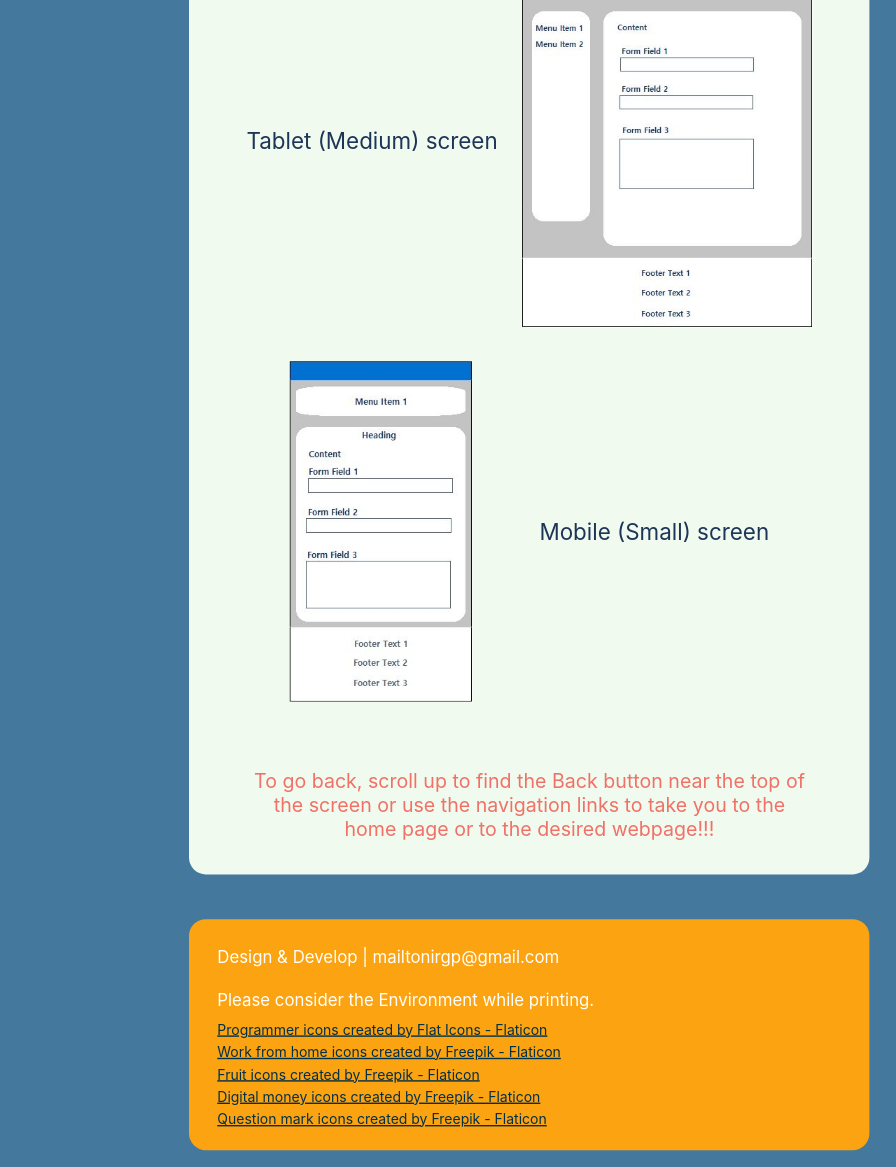
Repository: niranjangp/portfolioReact
Page: /cs-one
An editor plug-in stored every save of this project. The page is shown before and after the next save, followed by the edit.
The browser window is 1280 px wide. The pictures show the part of the page from y = 1733 to 3653 px (the page is 3400 px tall before and 3653 px after), at 70% of full size.
The project was rebuilt for these pictures with package versions that can differ from the ones it lists, and the page was loaded fresh each time. Also part of the build but not shown: src/pages/enterDesign.jsx, src/pages/csTwo.jsx, src/pages/csThree.jsx, src/pages/csFour.jsx, src/pages/notFound.jsx.

Above is the page before, as saved 2022-02-02 02:31:19.

### public/index.html
<!DOCTYPE html>
<html lang="en">
  <head>
    <meta charset="utf-8" />
    <!--<link rel="icon" href="%PUBLIC_URL%/favicon.ico" />-->
    <meta name="viewport" content="width=device-width, initial-scale=1" />
    <meta name="theme-color" content="#000000" />
    <meta
      name="description"
      content="Web site created using create-react-app"
    />
    <!--<link rel="apple-touch-icon" href="%PUBLIC_URL%/logo192.png" />-->
    <!--
      manifest.json provides metadata used when your web app is installed on a
      user's mobile device or desktop. See https://developers.google.com/web/fundamentals/web-app-manifest/
    -->
    <link rel="manifest" href="%PUBLIC_URL%/manifest.json" />
    <!--
      Notice the use of %PUBLIC_URL% in the tags above.
      It will be replaced with the URL of the `public` folder during the build.
      Only files inside the `public` folder can be referenced from the HTML.

      Unlike "/favicon.ico" or "favicon.ico", "%PUBLIC_URL%/favicon.ico" will
      work correctly both with client-side routing and a non-root public URL.
      Learn how to configure a non-root public URL by running `npm run build`.
    -->
    <title>Portfolio</title>
  </head>
  <body>
    <noscript>You need to enable JavaScript to run this app.</noscript>
    <div id="root"></div>
    <!--
      This HTML file is a template.
      If you open it directly in the browser, you will see an empty page.

      You can add webfonts, meta tags, or analytics to this file.
      The build step will place the bundled scripts into the <body> tag.

      To begin the development, run `npm start` or `yarn start`.
      To create a production bundle, use `npm run build` or `yarn build`.
    -->
  </body>
</html>

### src/index.css
body {
  margin: 0;
  font-family: -apple-system, BlinkMacSystemFont, 'Segoe UI', 'Roboto', 'Oxygen',
    'Ubuntu', 'Cantarell', 'Fira Sans', 'Droid Sans', 'Helvetica Neue',
    sans-serif;
  -webkit-font-smoothing: antialiased;
  -moz-osx-font-smoothing: grayscale;
  box-sizing: border-box;
}

code {
  font-family: source-code-pro, Menlo, Monaco, Consolas, 'Courier New',
    monospace;
}

p {
  margin: 0;
}

### src/App.js
import './App.css';

import { Route, NavLink, Switch, Redirect } from 'react-router-dom';
import EnterTheDesign from './pages/enterDesign';
import CSOne from './pages/csOne';
import CSTwo from './pages/csTwo';
import CSThree from './pages/csThree';
import CSFour from './pages/csFour';
import NotFound from './pages/notFound';

function App() {
  const flatIconLink = "https://www.flaticon.com/free-icons/programmer";
  const wfhIconLink = "https://www.flaticon.com/free-icons/work-from-home";
  const fruitLink ="https://www.flaticon.com/free-icons/fruit";
  const moneyLink = "https://www.flaticon.com/free-icons/digital-money";
  const quoteLink = "https://www.flaticon.com/free-icons/question-mark";



  return (
    <div className='App'>
      <div className="containerOne">
        <nav className='navigation'>
          <div className='navDiv'>
            <NavLink activeClassName="nav-link active" className="nav-link" to="/enter-the-design">Take me Home!</NavLink>
          </div>
          <div className='navDiv'>
            <NavLink activeClassName="nav-link active" className="nav-link" to="/cs-one">Case Study Numero Uno</NavLink>
          </div>
          <div className='navDiv'>
            <NavLink activeClassName="nav-link active" className="nav-link" to="/cs-two">Case t'w'o Study</NavLink>
          </div>
          <div className='navDiv'>
            <NavLink activeClassName="nav-link active" className="nav-link" to="/cs-three">Case Study the 3rd</NavLink>
          </div>
          <div className='navDiv'>
            <NavLink activeClassName="nav-link active" className="nav-link" to="/cs-four">Case Study IV</NavLink>
          </div>
        </nav>
        <main className='mainOne'>
          <Switch>
            <Route exact path="/" ><Redirect to="/enter-the-design" /></Route>
            <Route path="/enter-the-design" ><EnterTheDesign /></Route>
            <Route exact path="/cs-one" ><CSOne /></Route>
            <Route exact path="/cs-two" ><CSTwo /></Route>
            <Route exact path="/cs-three"><CSThree /></Route>
            <Route exact path="/cs-four"><CSFour /></Route>

            <Route path="*"><NotFound /></Route>
          </Switch>

        </main>
        <footer>
          <div className='footer-info'>
            {/*<p>Niranjan G P</p>*/}
            <p>Design & Develop    |   mailtonirgp@gmail.com</p>
            <p>Please consider the Environment while printing.</p>
          </div>
          <div className='credits'>
            <a href={flatIconLink} title="programmer icons">Programmer icons created by Flat Icons - Flaticon</a>
            <a href={wfhIconLink} title="work from home icons">Work from home icons created by Freepik - Flaticon</a>
            <a href={fruitLink} title="fruit icons">Fruit icons created by Freepik - Flaticon</a>
            <a href={moneyLink} title="digital money icons">Digital money icons created by Freepik - Flaticon</a>
            <a href={quoteLink} title="question mark icons">Question mark icons created by Freepik - Flaticon</a>
          </div>
        </footer>
      </div>

    </div>
  );
}

export default App;

### src/App.css
.containerOne {
  background-color: #45789d;
  padding: 24px;
  position: relative;
}

.mainOne {
  width: 75%;
  margin-left: 20%;
  background-color: #F1FAEE;
  height: 100%;
  border-radius: 1.5rem;
  padding: 24px;
}

.navigation {
  position: absolute;
  top: 24px;
  left: 24px;
  width: 15%;
  height: 1200px;
  background-color: #F1FAEE;
  border-radius: 1.5rem;
  padding: 64px 24px 24px;
}

.navDiv {
  padding: 16px 0;
  text-align: center;
}

.nav-link {
  font-size: 24px;
  text-decoration: none;
  color: #1d3557;
}

.nav-link.active {
  color: #2a9d8f;
  font-weight: bold;
  border-bottom: 4px solid #2a9d8f;
}

.fr-info {
  font-size: 3rem;
  font-family: 'Gill Sans', 'Gill Sans MT', Calibri, 'Trebuchet MS', sans-serif;
  padding: 24px 24px 24px 48px;
  color: #1d3557;
}

.firstRow {
  display: flex;
  align-items: center;
  padding: 64px 0;
}

.width-60 {
  width: 60%;
}

.width-40 {
  width: 40%;
}

.fullWidth {
  width: 100%;
}

.img-block {
  text-align: center;
}

.sec-row {
  background-color: #1d3557;
  color: #f1faee;
  border-radius: 0.75rem;
  padding: 64px;
  font-family: 'Lucida Sans', 'Lucida Sans Regular', 'Lucida Grande', 'Lucida Sans Unicode', Geneva, Verdana, sans-serif;
  font-size: 28px;
  text-align: justify;
}

.sec-row p {
  padding: 16px;
}

.centered {
  margin: 3rem auto;
  text-align: center;
  display: flex;
  justify-content: center;
  align-items: center;
}

.linkSel {
  text-decoration: underline;
  font-weight: bold;
}

.third-row {
  display: flex;
  flex-wrap: wrap;
  padding: 96px 24px 0;
}

.card-box {
  width: 50%;
  text-align: center;
  height: 600px;
}

.card {
  width: 400px;
  height: 450px;
  background-color: #ffddd2;
  border-radius: 20px;
  box-shadow: 4px 4px 4px 4px rgba(0, 0, 0, 0.2);
  margin: 3rem auto;
  flex-grow: 1;
  flex-shrink: 1;
  transition: width 500ms ease 0s;
}

.card:hover {
  box-shadow: 4px 4px 4px 8px rgba(0, 0, 0, 0.2);
  width: 420px;
  height: 470px;
  cursor: pointer;
}

.card a {
  text-decoration: none;
}

.card p {
  font-size: 32px;
  padding: 24px;
  color: #1d3557;
  font-family: Verdana, Geneva, Tahoma, sans-serif;
}

.card-icon {
  width: 256px;
  margin-top: 40px;
}

.intro-cs {
  text-align: center;
  font-size: 40px;
  color: #1d3557;
  margin-bottom: 64px;
  font-family: 'Trebuchet MS', 'Lucida Sans Unicode', 'Lucida Grande', 'Lucida Sans', Arial, sans-serif;
}

footer {
  width: 75%;
  margin-left: 20%;
  background-color: #fca311;
  height: 100%;
  border-radius: 1.5rem;
  padding: 24px;
  margin-top: 64px;
  color: #fff;
}

.footer-info {
  font-size: 1.5rem;
}

.footer-info p {
  padding: 1rem;
}

.credits {
  padding-left: 16px;
}

.credits a {
  /*text-decoration: none;*/
  display: block;
  padding-bottom: 8px;
  font-size: 20px;
  color: #023047;
}

.csOne {
  min-height: 660px;
  height: 100%;
  color: #1d3557;
}

.backLink {
  font-size: 28px;
  font-weight: bold;
  padding: 16px 16px 16px 24px;
}

.backLink a {
  text-decoration: none;
  color: #1d3557;

}

.csOneHeader, .csTwoHeader, .cs3Header, .cs4Header {
  font-size: 40px;
  padding: 16px 16px 32px 24px;
}

.csOneBody {
  padding: 0 24px;
}

.csOneH {
  font-size: 32px;
  padding-bottom: 8px;
  border-bottom: 2px solid #1d3557;
  margin-bottom: 16px;
  display: inline-block;
}

.csOneC {
  font-size: 28px;
}

.pd-bt {
  padding-bottom: 48px;
}

.pd-bt-small {
  padding-bottom: 24px;
}

.clrp {
  width: 100px;
  height: 40px;
  border-top-right-radius: 20px;
  border-bottom-right-radius: 20px;
  margin-right: 24px;
}

.fir {
  background-color: #0070D2;
}

.sec {
  background-color: #16325C;
}

.thi {
  background-color: #526173;
}

.fou {
  font-family: sans-serif;
  padding-right: 24px;
}

.dp-flx {
  display: flex;
  margin: 16px 40px;
  align-items: center;
}

.flx-bx {
  display: flex;
  align-items: center;
  justify-content: space-evenly;
  margin-bottom: 48px;
}

.flx-bx div {
  font-size: 32px;
}

.mrDesk {
  width: 800px;
}

.last-text {
  font-size: 28px;
  color: #f07167;
  margin: 0 64px 24px;
  text-align: center;
}

.csTwo {
  font-family: 'Franklin Gothic Medium', 'Arial Narrow', Arial, sans-serif;
}

.csTwoHeader {
  color: #e76f51;
}

.csTwoPara {
  color: #0081a7;
  font-size: 28px;
  padding-bottom: 8px;
}

.padd-div {
  padding: 16px 24px 56px;
}

.csTwoRowTwo {
  color: #c81d25;
  font-size: 32px;
  padding-bottom: 16px;
  border-bottom: 2px solid #c81d25;
  margin-bottom: 48px;
}

.textCen {
  text-align: center;
}

.screenName {
  font-size: 24px;
  width: 80%;
  margin: 0 auto;
  margin-bottom: 0px;
  background-color: #284b63;
  color: #fff;
  border-top-left-radius: 12px;
  border-top-right-radius: 12px;
  padding: 8px 0;
}

.scrIcon {
  width: 80%;
  margin: 8px 0 64px;
}

.cs3 {
  font-family: 'Lucida Sans', 'Lucida Sans Regular', 'Lucida Grande', 'Lucida Sans Unicode', Geneva, Verdana, sans-serif;
}

.cs3Header {
  color: #006d77;
  border-bottom: 2px solid #006d77;
  display: inline-block;

}


.right-content {
  text-align: right;
  margin: 64px 0;
}

.exp-para {
  font-size: 40px;
  display: inline-block;
  background-color: #52b69a;
  padding: 8px 16px;
  border-radius: 20px;
  color: #fff;
  font-weight: bold;
  margin-bottom: 24px;
}

.exp-header {
  display: inline-block;
  font-size: 40px;
  color: #14746f;
  padding-bottom: 8px;
  border-bottom: 2px dotted #14746f;
  margin-bottom: 8px;
}

.flexExp {
  display: flex;
  align-items: center;
  justify-content: space-around;
}

.iconText {
  padding: 24px;
  font-size: 32px;
  color: #00afb9;
}

.expIcon {
  margin: 64px 0;
  width: 900px;
}

.last .exp-para {
  font-size: 28px;
}

.cs4 {
  font-family: 'Trebuchet MS', 'Lucida Sans Unicode', 'Lucida Grande', 'Lucida Sans', Arial, sans-serif;
}

.cs4Header {
  text-align: center;
  color: #ff5400;
  font-weight: bold;
}

.quoIcon {
  width: 900px;
}

.quo-pack {
  text-align: center;
}

.cs4-para {
  text-align: center;
  font-size: 28px;
  color: #bd1f36;
  padding-bottom: 12px;
}

.mrg-blk {
  margin: 64px 0;
}

.qIconTxt {
  color: #003e1f;
  font-size: 24px;
  padding: 8px 0;
  border-bottom: 2px solid #003e1f;
  margin-bottom: 64px;
}

.mrg-last-blk {
  margin: 64px 0;
  background-color: #dc143c;
  padding: 36px;
  color: #fff;
  border-radius: 36px;
  font-size: 32px;
}

.mrg-last-blk p {
  padding-bottom: 2rem;
}


/*.containerOne {
  background-color: #F1FAEE;
}
.mainOne {
  background-color: #a8dadc;
  width: 75%;
  margin-left: 20%;
  /-*background-color: #45789d;*-/
  height: 660px;
}

.p1 {
  color: #1d3557;
}
.p2 {
  color: #f1faee;
}*/

/*.App-logo {
  height: 40vmin;
  pointer-events: none;
}

@media (prefers-reduced-motion: no-preference) {
  .App-logo {
    animation: App-logo-spin infinite 20s linear;
  }
}

.App-header {
  background-color: #282c34;
  min-height: 100vh;
  display: flex;
  flex-direction: column;
  align-items: center;
  justify-content: center;
  font-size: calc(10px + 2vmin);
  color: white;
}

.App-link {
  color: #61dafb;
}

@keyframes App-logo-spin {
  from {
    transform: rotate(0deg);
  }

  to {
    transform: rotate(360deg);
  }
}*/

### src/pages/csOne.jsx
import React from 'react';
import { Link } from 'react-router-dom';
import MrDesk from '../assets/mrDesk.JPG';
import MrTab from '../assets/mrTab.JPG';
import MrMob from '../assets/mrMob.JPG';

const csOne = () => {
  return (
    <div className='csOne'>
      <div className="backLink"><Link to="/enter-the-design">{'< Back'}</Link></div>
      <div className='csOneHeader'>A Flow for a Mandated Reporter</div>
      <div className='csOneBody'>
        <div className="pd-bt">
          <p className="csOneH">The START -</p>
          <p className="csOneC">This design came out as the first opportunity in my design roadmap.</p>
          <p className="csOneC">The design required a very minimal approach and subtle design feature involving only 3-4 color tones and the common 'sans-serif' font type.</p>
        </div>
        <div className="pd-bt">
          <p className="csOneH">The FEATURES</p>
          <p className="csOneC">The webpage doesn't have fancy animations or transitions, but has a responsive web design supporting large, medium and small device screen sizes.</p>
          <p className="csOneC dp-flx"><p className='fir clrp'></p><span>{' : #0070d2'}</span></p>
          <p className="csOneC  dp-flx"><p className='sec clrp'></p><span>{' : #16325C'}</span></p>
          <p className="csOneC  dp-flx"><p className='thi clrp'></p><span>{' : #00437D'}</span></p>
          <p className="csOneC  dp-flx"><p className="fou">SANS_SERIF</p><p> - Font</p></p>
        </div>
        <div className="pd-bt">
          <p className="csOneH">The PRODUCT</p>
          <p className="csOneC pd-bt-small">Responsive design accomodating Desktop, Tablet and Mobile versions of the webpage.</p>
          <div className="flx-bx"><img src={MrDesk} alt="mr-screen" className='mrDesk' /><div>Desktop (Large) screen</div></div>
          <div className="flx-bx"><div>Tablet (Medium) screen</div><img src={MrTab} alt="mr-screen" className='mrTab' /></div>
          <div className="flx-bx"><img src={MrMob} alt="mr-screen" className='mrMob' /><div>Mobile (Small) screen</div></div>
        </div>
      </div>
      <div className="last-text">To go back, scroll up to find the Back button near the top of the screen or use the navigation links to take you to the home page or to the desired webpage!!!</div>
    </div>
  )
};

export default csOne;

Loaded but not shown: src/index.js (common file); src/reportWebVitals.js (common file)

After the next save:
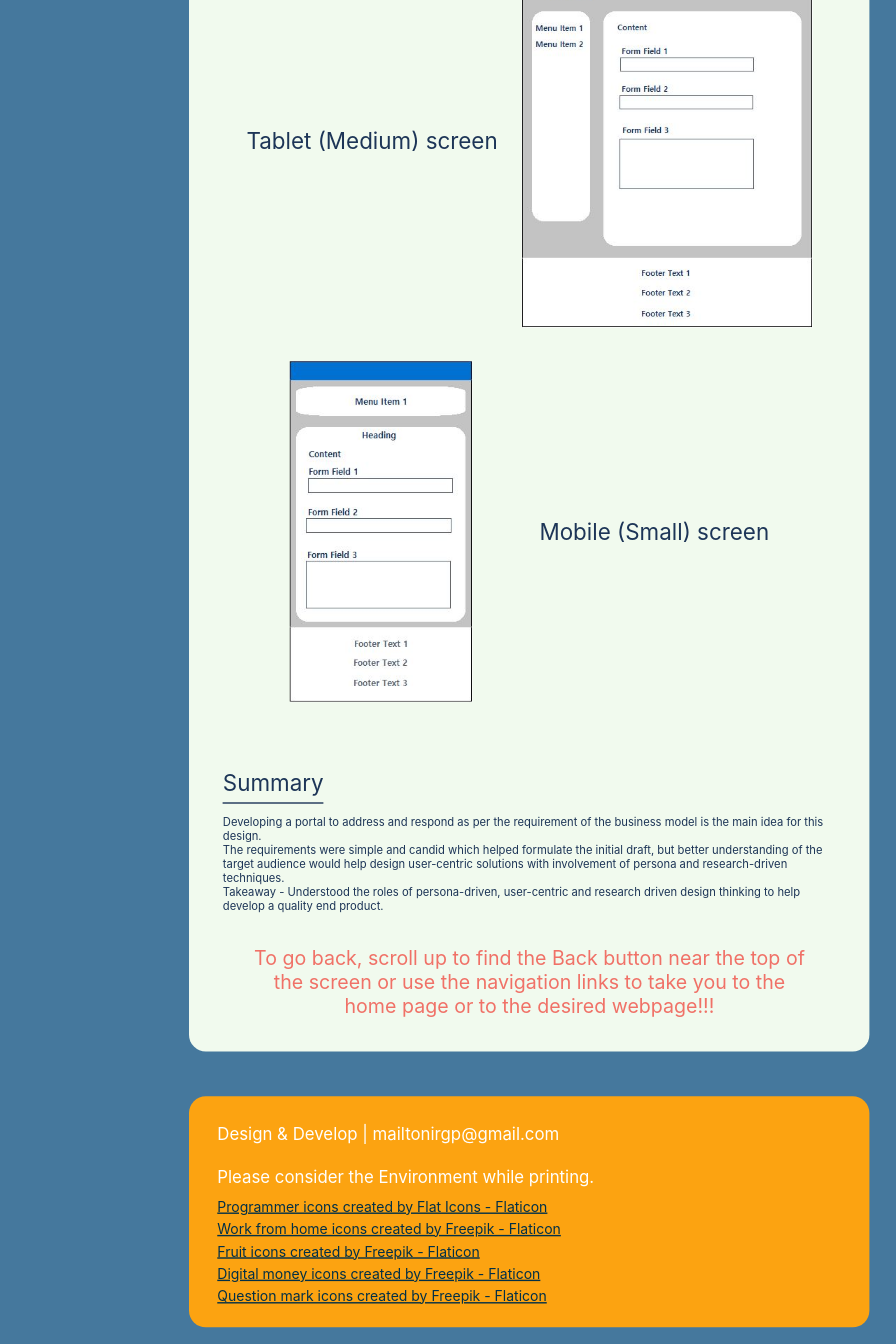
Saved 13 min 50 s later.
--- a/src/pages/csOne.jsx
+++ b/src/pages/csOne.jsx
@@ -30,6 +30,12 @@ const csOne = () => {
           <div className="flx-bx"><div>Tablet (Medium) screen</div><img src={MrTab} alt="mr-screen" className='mrTab' /></div>
           <div className="flx-bx"><img src={MrMob} alt="mr-screen" className='mrMob' /><div>Mobile (Small) screen</div></div>
         </div>
+        <div className="pd-bt">
+        <p className="csOneH">Summary</p>
+        <p className="summaryOne">Developing a portal to address and respond as per the requirement of the business model is the main idea for this design.</p>
+        <p className="summaryOne">The requirements were simple and candid which helped formulate the initial draft, but better understanding of the target audience would help design user-centric solutions with involvement of persona and research-driven techniques.</p>
+        <p className="summaryOne">Takeaway - Understood the roles of persona-driven, user-centric and research driven design thinking to help develop a quality end product.</p>
+        </div>
       </div>
       <div className="last-text">To go back, scroll up to find the Back button near the top of the screen or use the navigation links to take you to the home page or to the desired webpage!!!</div>
     </div>
